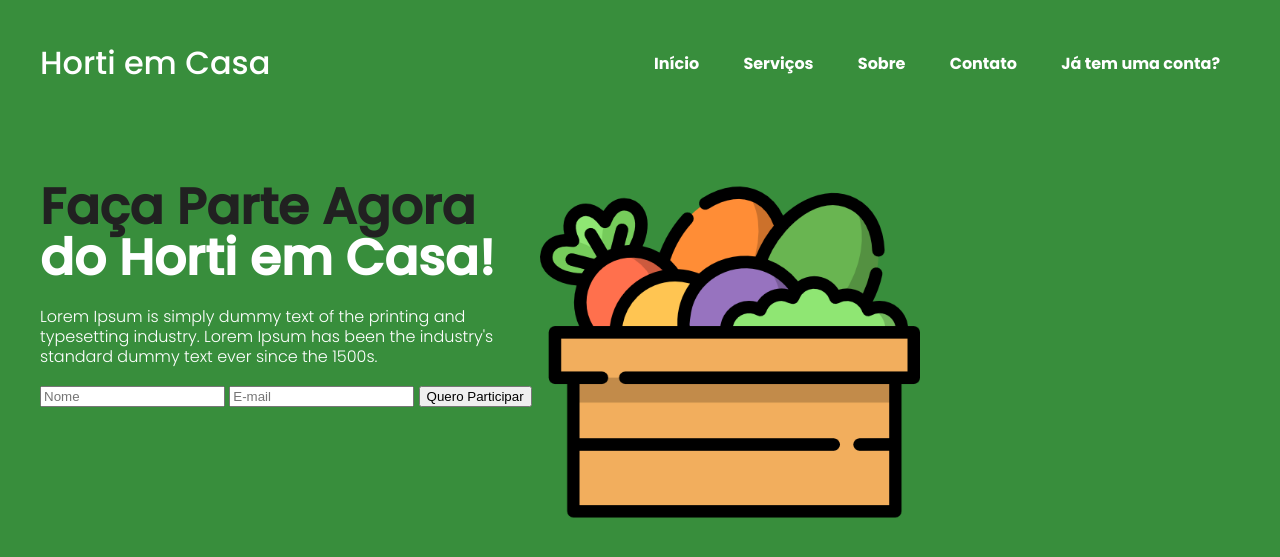
Repository: gabrielcastroo/horti-em-casa
Page: index.html
An editor plug-in stored every save of this project. The page is shown before and after the next save, followed by the edit.
The browser window is 1280 px wide. The pictures show the whole page.

Above is the page before, as saved 2022-04-13 10:26:53.

### index.html
<!DOCTYPE html>
<html lang="en">
<head>
    <meta charset="UTF-8">
    <meta http-equiv="X-UA-Compatible" content="IE=edge">
    <link href="styles/style.css" rel="stylesheet">
    <link href="styles/fonts.css" rel="stylesheet">
    <title>Horti em Casa</title>
</head>
<body>
    <header>
        <div>
            <h1>
                Horti em Casa
            </h1>
        </div>

        <ul>
            <a href="#"><li>Início</li></a>
            <a href="#"><li>Serviços</li></a>
            <a href="#"><li>Sobre</li></a>
            <a href="#"><li>Contato</li></a>
            <a href="#"><li>Já tem uma conta?</li></a>
        </ul>
    </header>

    <main>
        <aside>
            <h2>
                <span>
                    Faça Parte Agora
                </span>
            </h2>
            <h2>
                do Horti em Casa!
            </h2>
            <p>
                Lorem Ipsum is simply dummy text of the printing and typesetting industry. Lorem Ipsum has been the industry's standard dummy text ever since the 1500s.
            </p>
            <form>
                <input type = "text" placeholder = "Nome">
                <input type = "email" placeholder = "E-mail">
                <input type = "submit" value = "Quero Participar">
            </form>
        </aside>

        <article>
            <img src="components/images/legumes.png" alt = "legumes">
        </article>
    </main>

</body>
</html>

### styles/style.css
body{
    /* background-color: rgba(#388E3C); */
    background-color: rgb(56, 142, 60);
    color: white;
    font-family: poppinsregular;
    max-Width: 1200px;
    margin: 0 auto;
    padding: 15px;
}

header {
    display: flex; /* disposição dos elementos*/
    flex-direction: row;
    justify-content: space-between;
    align-items: center;

}

#title {
    flex-direction: column;
    line-height: 10px;

}

li{
    display: inline-block;
    margin: 20px;
}

a{
    color: white;
    font-family: poppinsbold;
}

h1 {
    font-weight: 400;
    font-family: poppinsmedium;
}

h2{
    font-size: 50px;
    line-height: 10px;
    font-family: poppinsmedium;
}

main {
    display: flex; /* disposição dos elementos*/
    flex-direction: row;
    margin-top: 50px;
}

span{
    color: rgb(33, 33, 33)
}

p{
    line-height: 20px;
    max-width: 500px;
    font-family: poppinslight;
}

img {
    width: 380px;
}

### styles/fonts.css
@font-face {
    font-family: 'poppinsblack';
    src: url('../components/fonts/poppins-black-webfont.woff2') format('woff2'),
         url('../components/fonts/poppins-black-webfont.woff') format('woff');
    font-weight: normal;
    font-style: normal;

  }




  @font-face {
    font-family: 'poppinsbold';
    src: url('../components/fonts/poppins-bold-webfont.woff2') format('woff2'),
         url('../components/fonts/poppins-bold-webfont.woff') format('woff');
    font-weight: normal;
    font-style: normal;

  }


  @font-face {
    font-family: 'poppinslight';
    src: url('../components/fonts/poppins-light-webfont.woff2') format('woff2'),
         url('../components/fonts/poppins-light-webfont.woff') format('woff');
    font-weight: normal;
    font-style: normal;

  }


  @font-face {
    font-family: 'poppinsmedium';
    src: url('../components/fonts/poppins-medium-webfont.woff2') format('woff2'),
         url('../components/fonts/poppins-medium-webfont.woff') format('woff');
    font-weight: normal;
    font-style: normal;

  }

  @font-face {
    font-family: 'poppinsregular';
    src: url('../components/fonts/poppins-regular-webfont.woff2') format('woff2'),
         url('../components/fonts/poppins-regular-webfont.woff') format('woff');
    font-weight: normal;
    font-style: normal;

  }

  @font-face {
    font-family: 'poppinssemibold';
    src: url('../components/fonts/poppins-semibold-webfont.woff2') format('woff2'),
         url('../components/fonts/poppins-semibold-webfont.woff') format('woff');
    font-weight: normal;
    font-style: normal;

  }

After the next save:
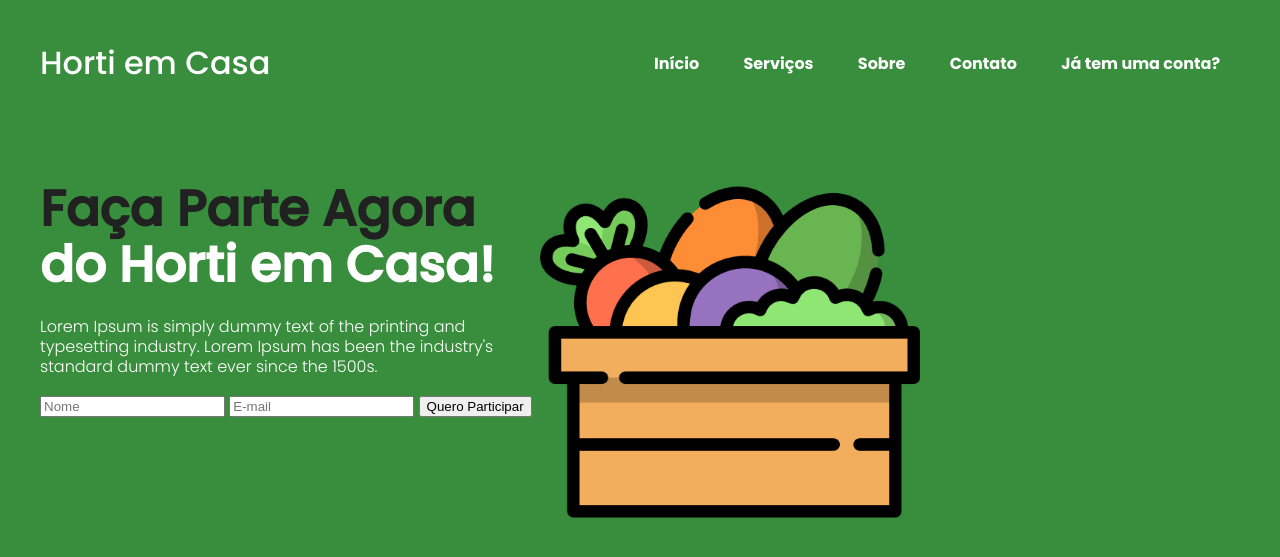
Saved 11 s later.
--- a/styles/style.css
+++ b/styles/style.css
@@ -39,7 +39,7 @@
 
 h2{
     font-size: 50px;
-    line-height: 10px;
+    line-height: 15px;
     font-family: poppinsmedium;
 }
 
